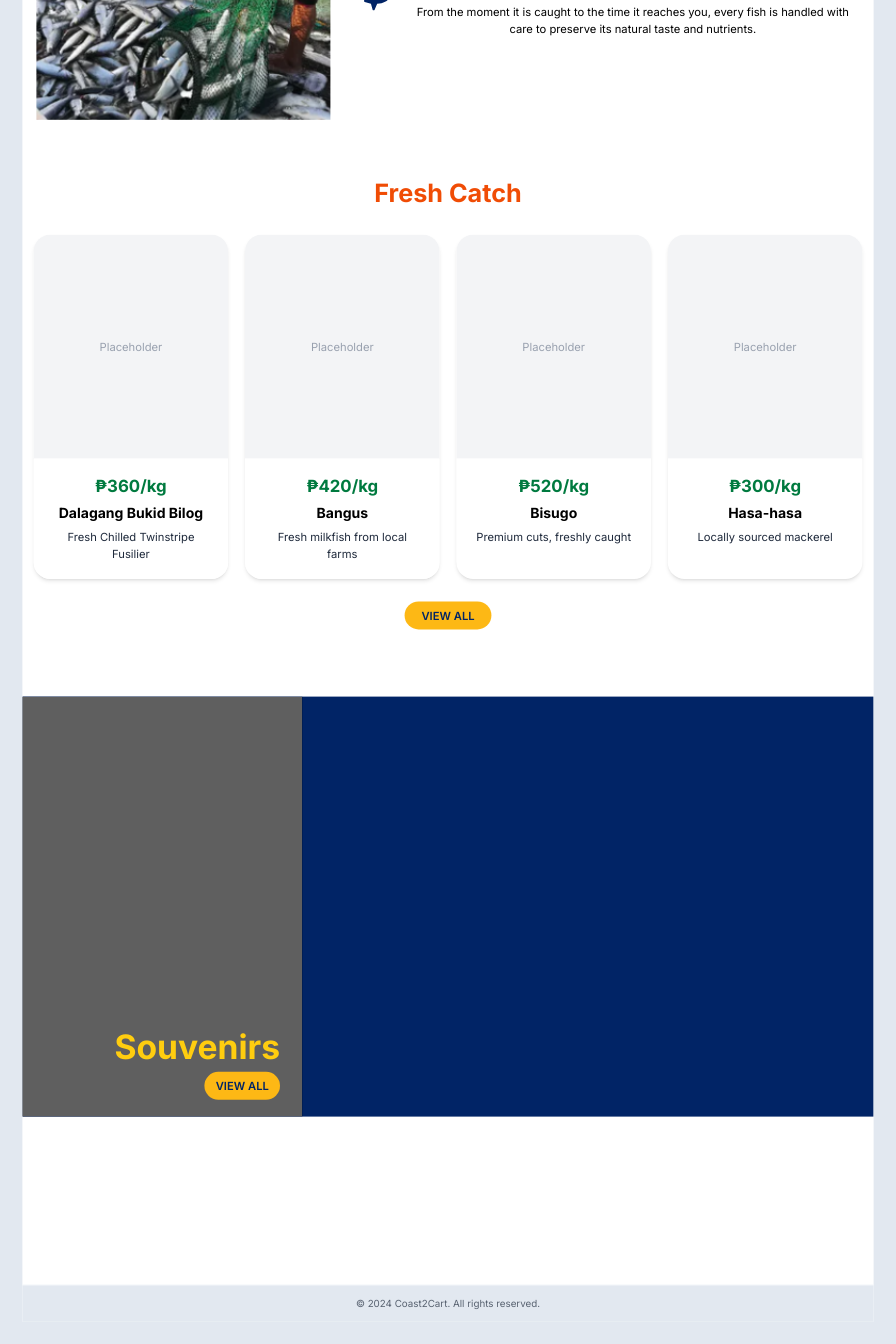
Repository: Coast2Card/coast2cart-frontend
Page: /
An editor plug-in stored every save of this project. The page is shown before and after the next save, followed by the edit.
The browser window is 1280 px wide. The pictures show the part of the page from y = 1873 to 3793 px (the page is 3793 px tall), at 70% of full size.
Pictures or frames that could not be fetched are drawn as grey boxes. The project was rebuilt for these pictures with package versions that can differ from the ones it lists, and the page was loaded fresh each time. Also part of the build but not shown: vite.config.js, src/pages/Seafood.jsx, src/pages/Souvenirs.jsx, src/pages/About.jsx, src/pages/Cart.jsx, src/pages/Profile.jsx, src/pages/Colors.jsx.

Above is the page before, as saved 2025-09-08 14:47:16.

After the next save:
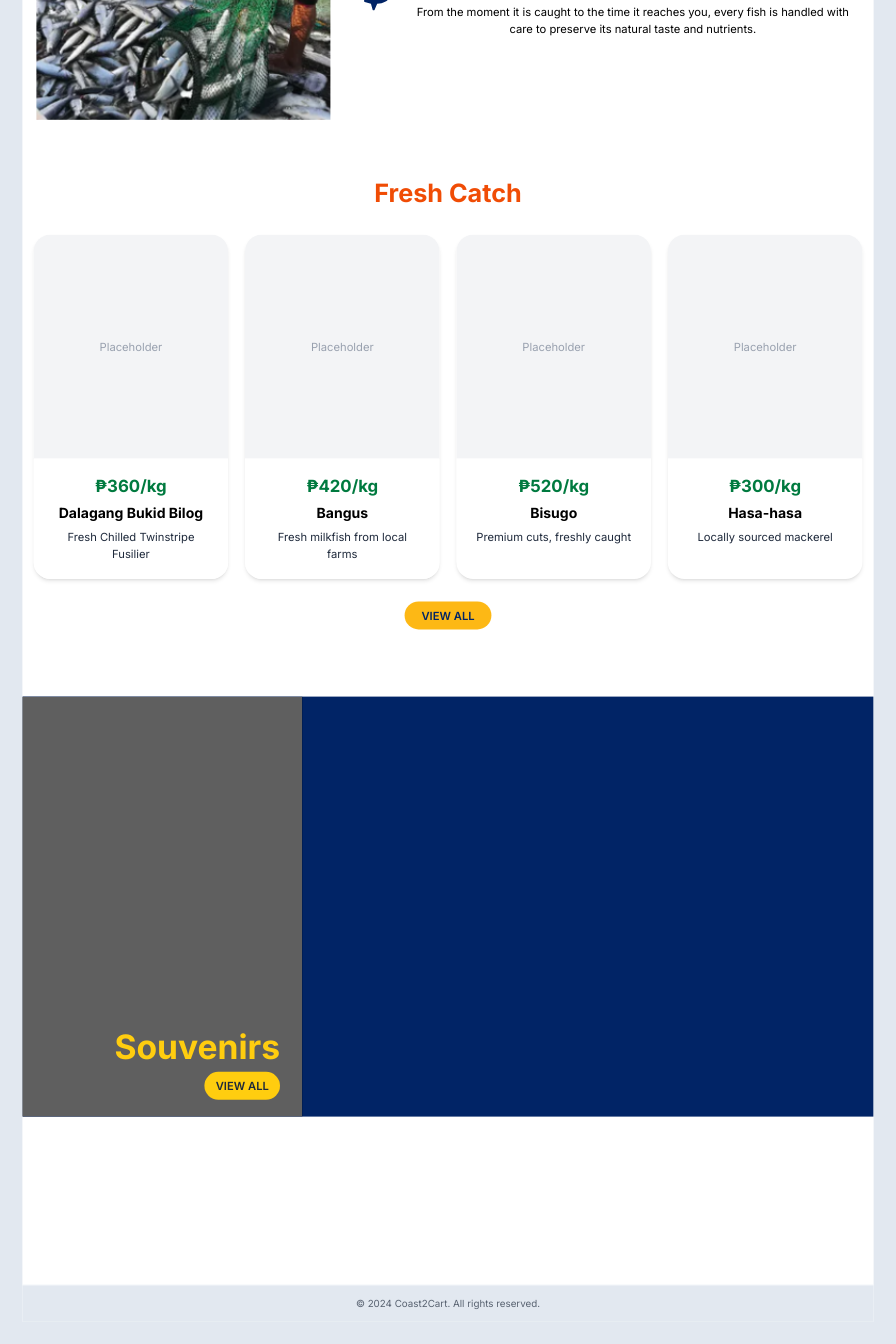
Saved 16 s later.
--- a/src/components/home/HomeSouvenirs.jsx
+++ b/src/components/home/HomeSouvenirs.jsx
@@ -10,7 +10,7 @@ const HomeSouvenirs = () => {
             <h2 className="text-5xl font-bold text-secondary-light mb-3">
               Souvenirs
             </h2>
-            <button className=" bg-secondary text-primary uppercase  px-4 py-2 rounded-full text-md  font-semibold hover:bg-secondary/90 transition-colors cursor-pointer">
+            <button className=" bg-secondary-light text-primary uppercase  px-4 py-2 rounded-full text-md  font-semibold hover:bg-secondary/90 transition-colors cursor-pointer">
               view all
             </button>
           </div>
